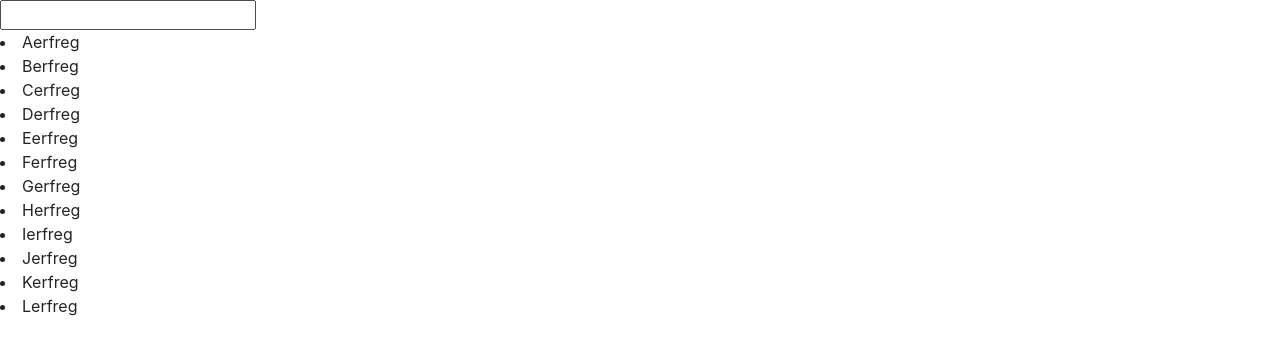
Repository: striver-69/courses
Page: /
These files come from the project's save history. The page is drawn as it stood at one moment and after the next save; the edit follows.
The browser window is 1280 px wide. The pictures show the whole page.
The project was rebuilt for these pictures with package versions that can differ from the ones it lists, and the page was loaded fresh each time.

Above is the page before, as saved 2021-04-08 05:53:32.

### src/App.js
import React, { Component } from 'react'
import Dropdown from './Dropdown'

export class App extends Component {
  render() {
    return (
      <div>
        <Dropdown/>
      </div>
    )
  }
}

export default App

### src/Dropdown.js
import React, { Component } from 'react'

let courses=[
  {id:1,name:'Aerfreg'},{id:2,name:'Berfreg'},{id:3,name:'Cerfreg'},{id:4,name:'Derfreg'},{id:5,name:'Eerfreg'},{id:6,name:'Ferfreg'},{id:7,name:'Gerfreg'},{id:8,name:'Herfreg'},{id:9,name:'Ierfreg'},{id:10,name:'Jerfreg'},{id:11,name:'Kerfreg'},{id:12,name:'Lerfreg'},
]

export class Dropdown extends Component {
  constructor(props)
  {
    super(props)
    this.state={count:10,courses:[],search:''}
  }

  componentDidMount(){
    this.setState({
      courses:courses
    })
  }
  render() {
    let filteredCourses=this.state.courses.filter((course)=>{
      return course.name.toLowerCase().indexOf(this.state.search.toLowerCase()) !==-1
    })
    console.log(filteredCourses)
    return (
      <div>
        <input type="text" value={this.state.search} onChange={(e)=>this.setState({search:e.target.value})}/>
        {
          filteredCourses.map((course)=>{
            return <li key={course.id}>{course.name}</li>
          })
        }
      </div>
    )
  }
}

export default Dropdown

Loaded but not shown: public/index.html (common file); src/index.js (common file); src/index.css (common file); src/reportWebVitals.js (common file)

After the next save:
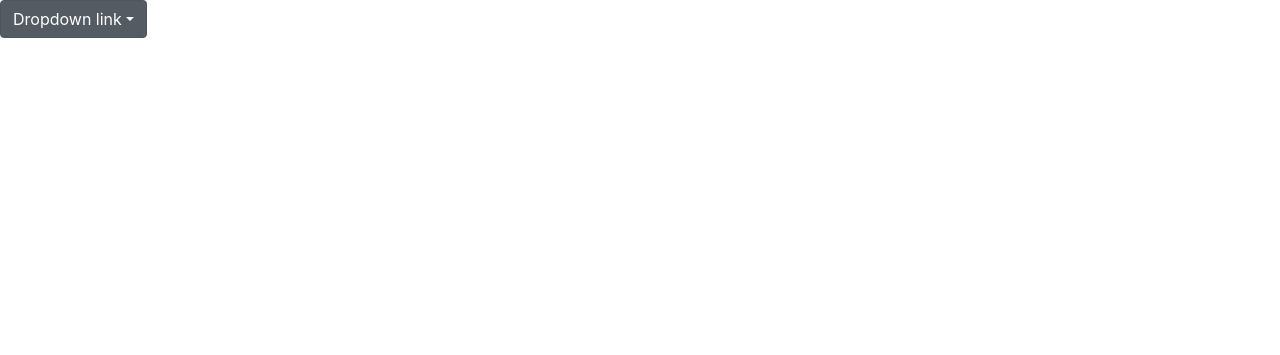
Saved 34 s later.
--- a/src/Dropdown.js
+++ b/src/Dropdown.js
@@ -22,16 +22,29 @@ export class Dropdown extends Component {
     })
     console.log(filteredCourses)
     return (
-      <div>
+      <div class="dropdown show">
+  <a class="btn btn-secondary dropdown-toggle" href="#" role="button" id="dropdownMenuLink" data-toggle="dropdown" aria-haspopup="true" aria-expanded="false">
+    Dropdown link
+  </a>
+
+  <div class="dropdown-menu" aria-labelledby="dropdownMenuLink">
+    <a class="dropdown-item" href="#">Action</a>
+    <a class="dropdown-item" href="#">Another action</a>
+    <a class="dropdown-item" href="#">Something else here</a>
+  </div>
+</div>
+    )
+  }
+}
+
+export default Dropdown
+
+
+{/* <div>
         <input type="text" value={this.state.search} onChange={(e)=>this.setState({search:e.target.value})}/>
         {
           filteredCourses.map((course)=>{
             return <li key={course.id}>{course.name}</li>
           })
         }
-      </div>
-    )
-  }
-}
-
-export default Dropdown
+      </div> */}
